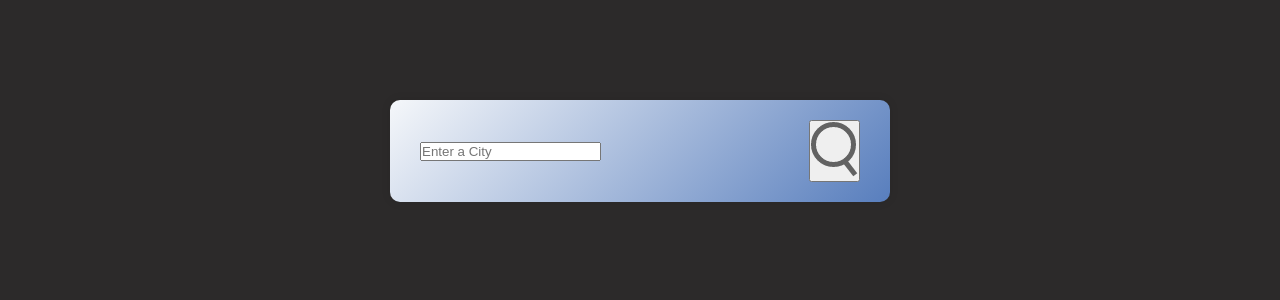
Repository: Haakim19/weatherApp
Page: index.html
An editor plug-in stored every save of this project. The page is shown before and after the next save, followed by the edit.
The browser window is 1280 px wide. The pictures show the whole page.

Above is the page before, as saved 2024-11-16 21:01:57.

### index.html
<!DOCTYPE html>
<html lang="en">
<head>
    <meta charset="UTF-8">
    <meta name="viewport" content="width=device-width, initial-scale=1.0">
    <title>Weather App</title>
    <link rel="stylesheet" href="style.css">
</head>
<body>
    <div class="card">
        <div class="search">
            <input type="text" placeholder="Enter a City" spellcheck="false">
            <button><img src="images/search.png"></button>
        </div>
    </div>
</body>
</html>

### style.css
*{
    margin: 0;
    padding: 0;
    box-sizing: border-box;
    font-family: 'Poppins', sans-serif;
}

body{
    background: #2c2a2a;
}
.card{
    width: 90%;
    max-width: 500px;
    color: #fff;
    background:linear-gradient(135deg, #f5f7fa 0%, #587ebd 100%);
    margin: 100px auto 0 ;
    border-radius: 10px;
    padding: 20px 30px;
    text-align: center;
    box-shadow: 0 0 10px rgba(0,0,0,0.1);
}
.search{
    width: 100%;
    display: flex;
    justify-content: space-between;
    align-items: center;
}

After the next save:
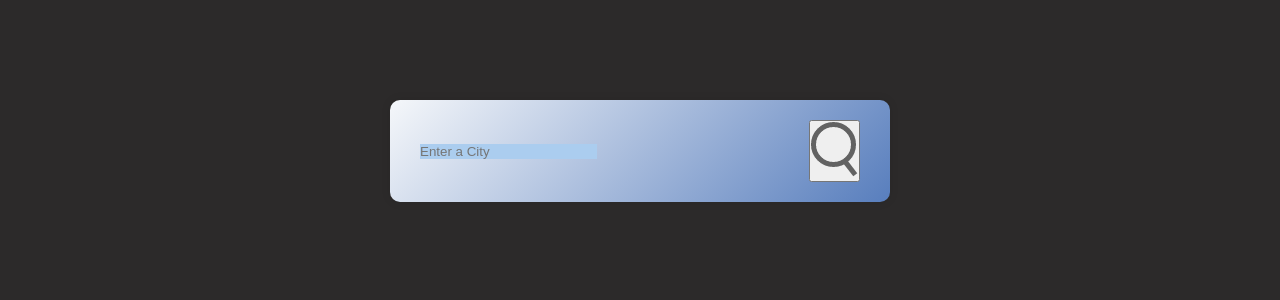
Saved 79 s later.
--- a/style.css
+++ b/style.css
@@ -25,3 +25,8 @@ body{
     justify-content: space-between;
     align-items: center;
 }
+.search input{
+    border:0;
+    outline:0;
+    background: #abcdef;
+}
